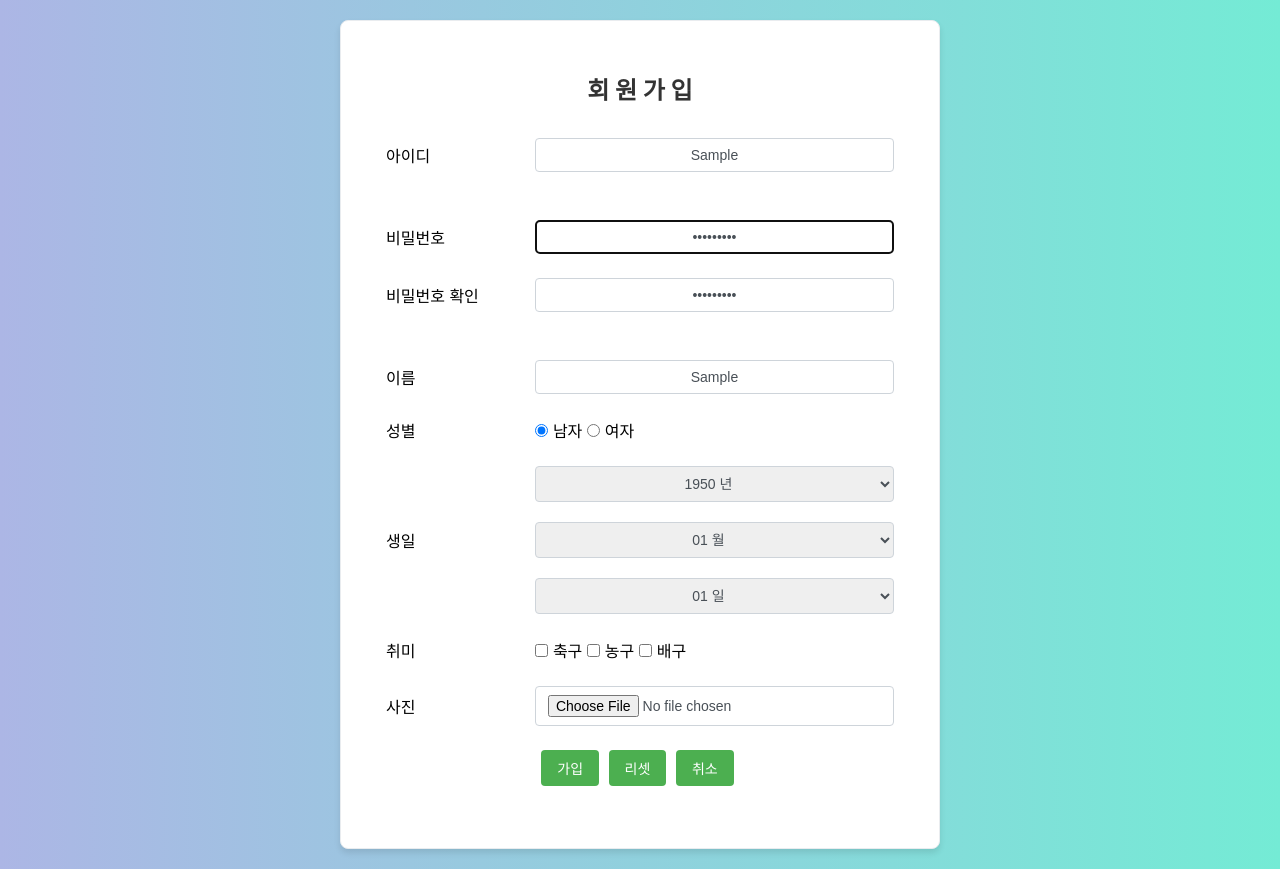
Repository: 1plus1equals3-true/Board-Project
Page: http://localhost/jsp/member/Join.jsp
The author's editor kept a copy of each file at every save. The page is drawn from the files as they stood at one save, then again after the next save.
The browser window is 1280 px wide. The pictures show the whole page.
Empty fields were first filled with sample values (such as "Sample", 5 or name@example.com).
After loading, the first visible `input[onclick="submit_check()"]` was clicked once.
The page is served by Tomcat 9.

Above is the page before, as saved 2025-09-16 03:06:28.

After the next save:
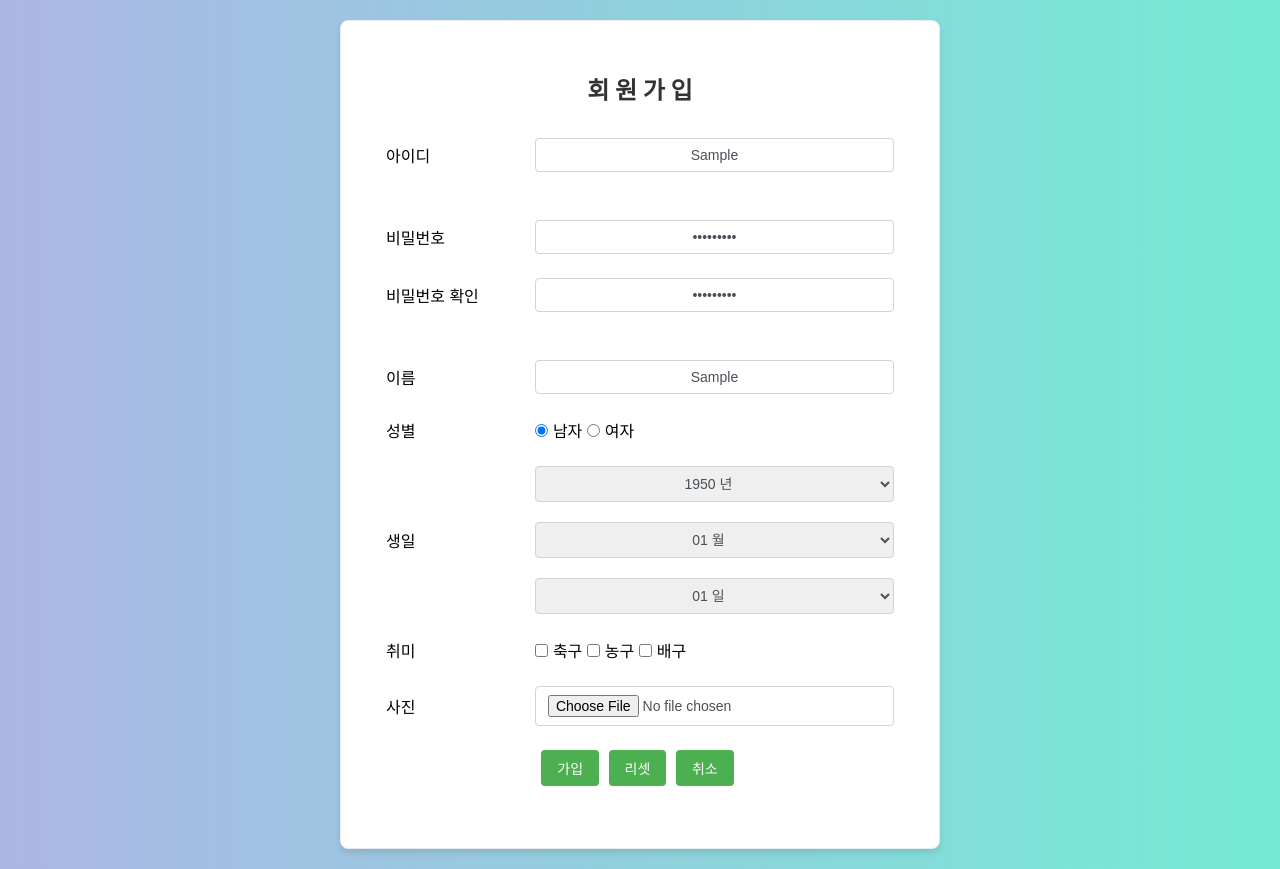
Console error: TypeError: Cannot read properties of undefined (reading 'submit')
Saved 26 min 43 s later.
--- a/jsp/src/main/webapp/member/Join.jsp
+++ b/jsp/src/main/webapp/member/Join.jsp
@@ -231,7 +231,7 @@ function submit_check() {
 	   		alert('비밀번호가 너무 짧습니다.');
 	   		upass1.focus();
 	      	return;
-	   	}else if (upass1 != upass2) {
+	   	}else if (upass1.value !== upass2.value) {
 	   		alert('비밀번호가 서로 다릅니다.');
 	   		upass1.focus();
 	      	return;
